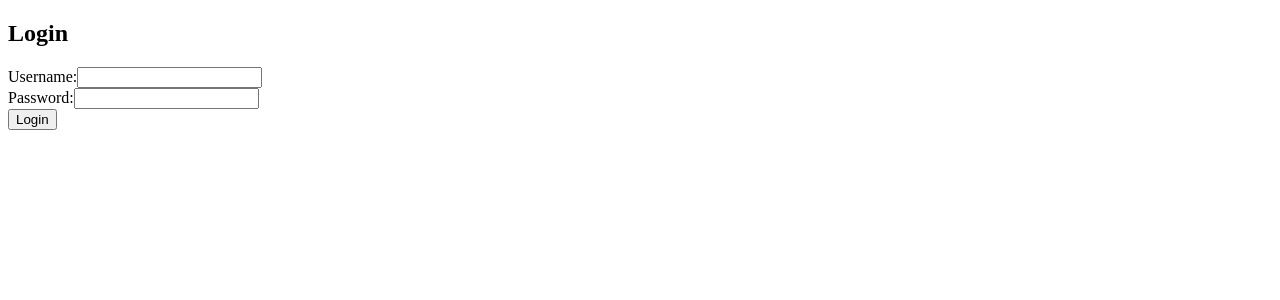
Repository: tammv/crud_product
Page: /login
These files come from the project's save history. The page is drawn as it stood at one moment and after the next save; the edit follows.
The browser window is 1280 px wide. The pictures show the whole page.
The project was rebuilt for these pictures with package versions that can differ from the ones it lists, and the page was loaded fresh each time. Also part of the build but not shown: src/index.css, src/components/pages/ManageProduct.js, src/components/pages/NotFound.js, src/components/products/UpdateProduct.js, src/components/products/Product.js, src/components/products/AddProduct.js.

Above is the page before, as saved 2023-07-10 17:37:07.

After the next save:
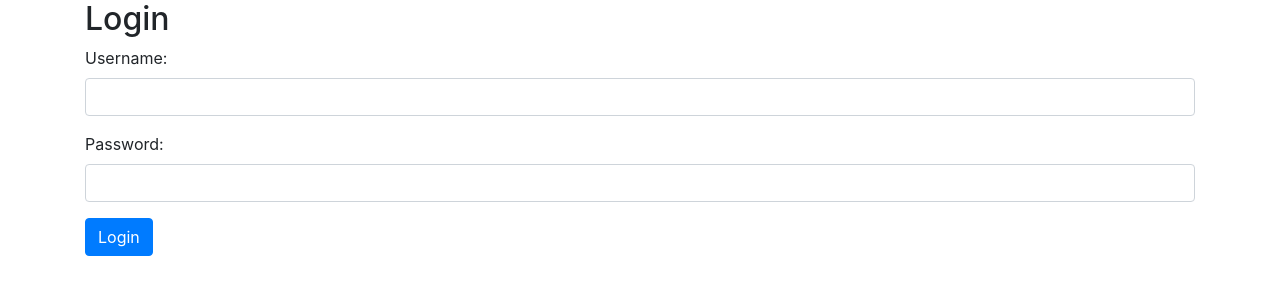
Saved 7 min 25 s later.
--- a/src/App.js
+++ b/src/App.js
@@ -6,6 +6,7 @@ import UpdateProduct from "./components/products/UpdateProduct";
 import Product from "./components/products/Product";
 import AddProduct from "./components/products/AddProduct";
 import Login from "./components/auth/Login";
+import "bootstrap/dist/css/bootstrap.min.css";
 
 function App() {
   const isAuthenticated = true; // Replace with your authentication logic
